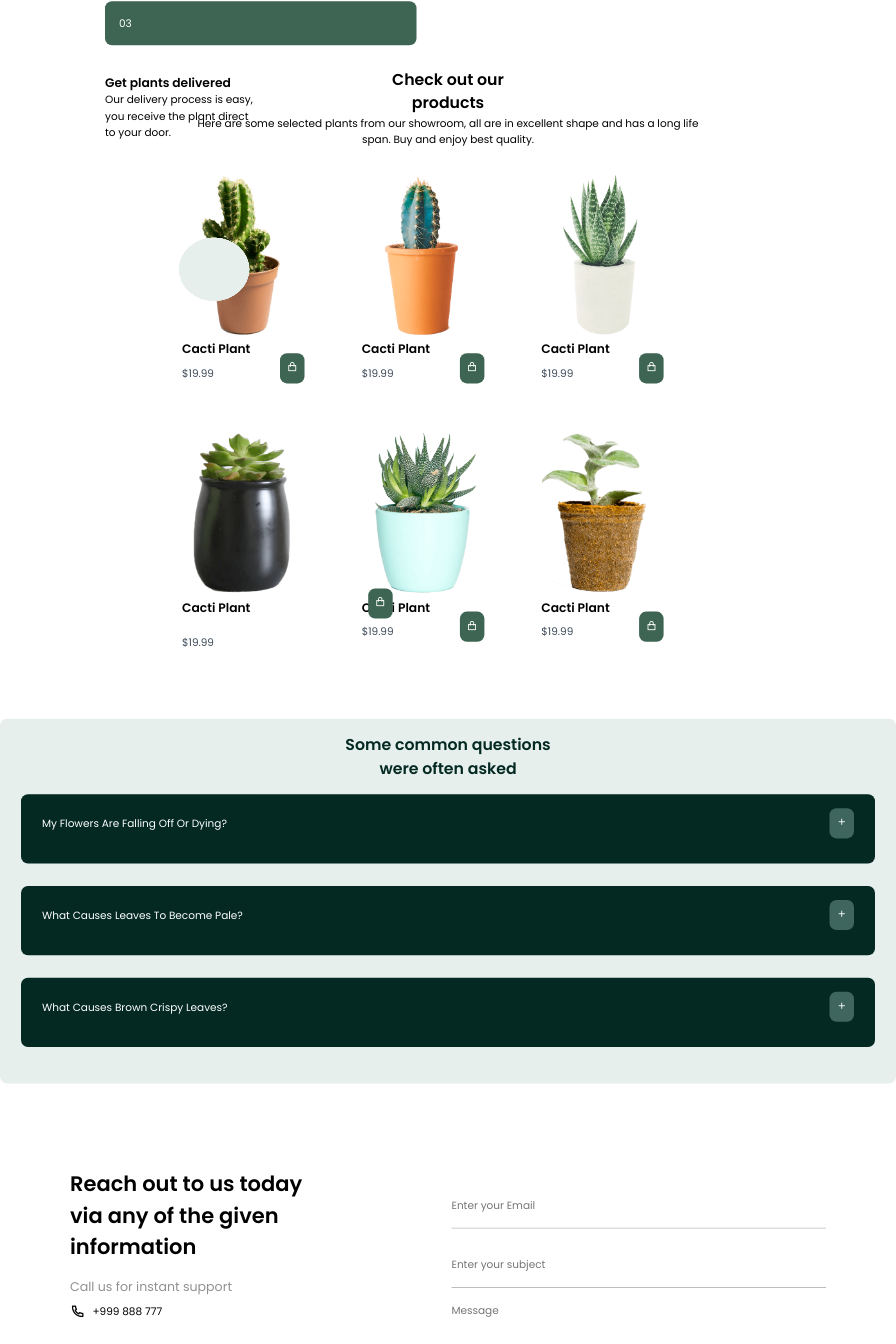
Repository: OmniaRafat232111121/plantwebsite
Page: index.html
These files come from the project's save history. The page is drawn as it stood at one moment and after the next save; the edit follows.
The browser window is 1280 px wide. The pictures show the part of the page from y = 1614 to 3534 px (the page is 4100 px tall before and 4280 px after), at 70% of full size.

Above is the page before, as saved 2023-01-05 17:28:13.

After the next save:
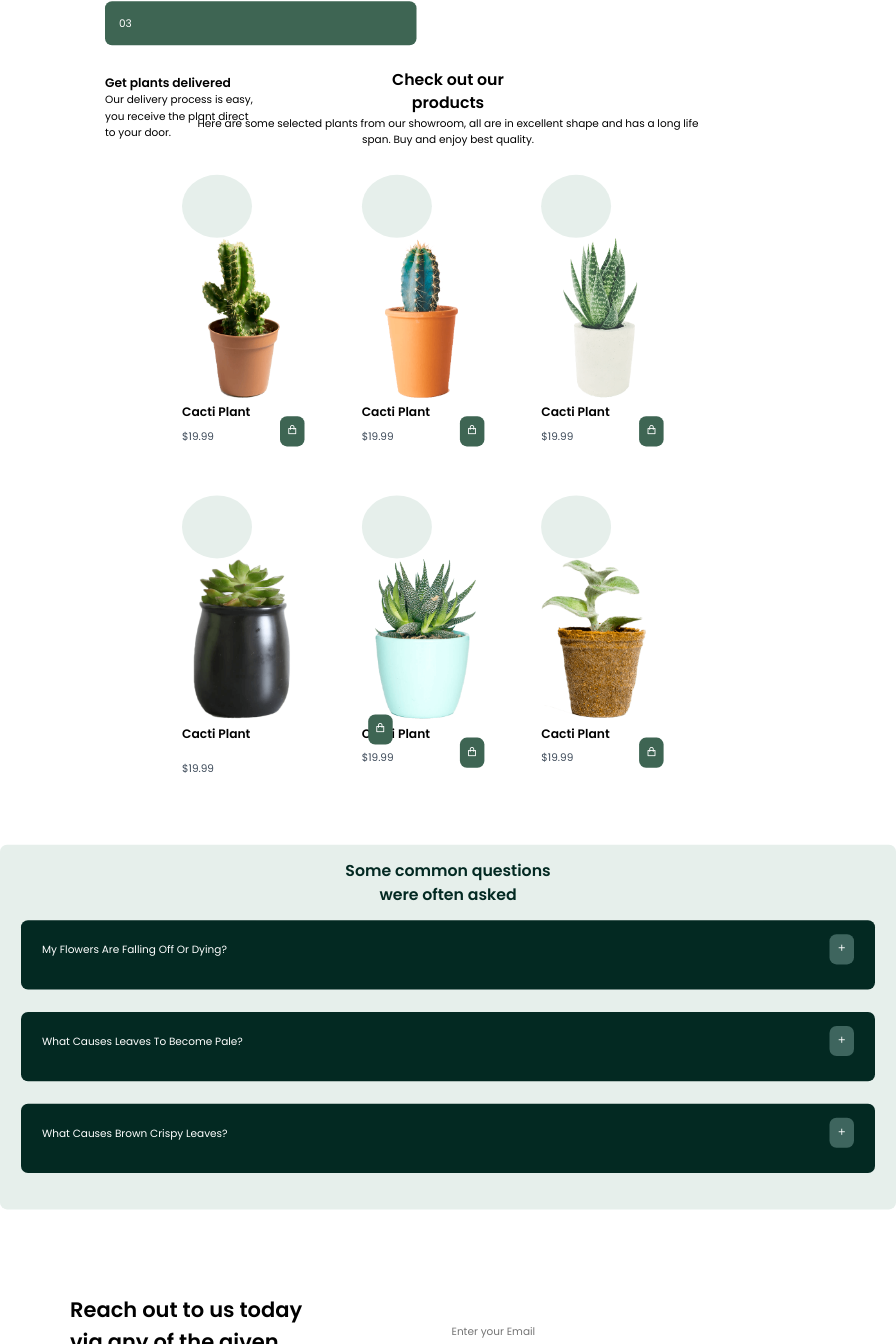
Saved 35 s later.
--- a/assets/css/styles.css
+++ b/assets/css/styles.css
@@ -570,7 +570,7 @@ margin-top: 40px;
   height: 90px;
   background-color: #e6efeb;
   border-radius: 50%;
-  position: absolute;
+  position: re;
   top: 30%;
   left: 20%;
 }
